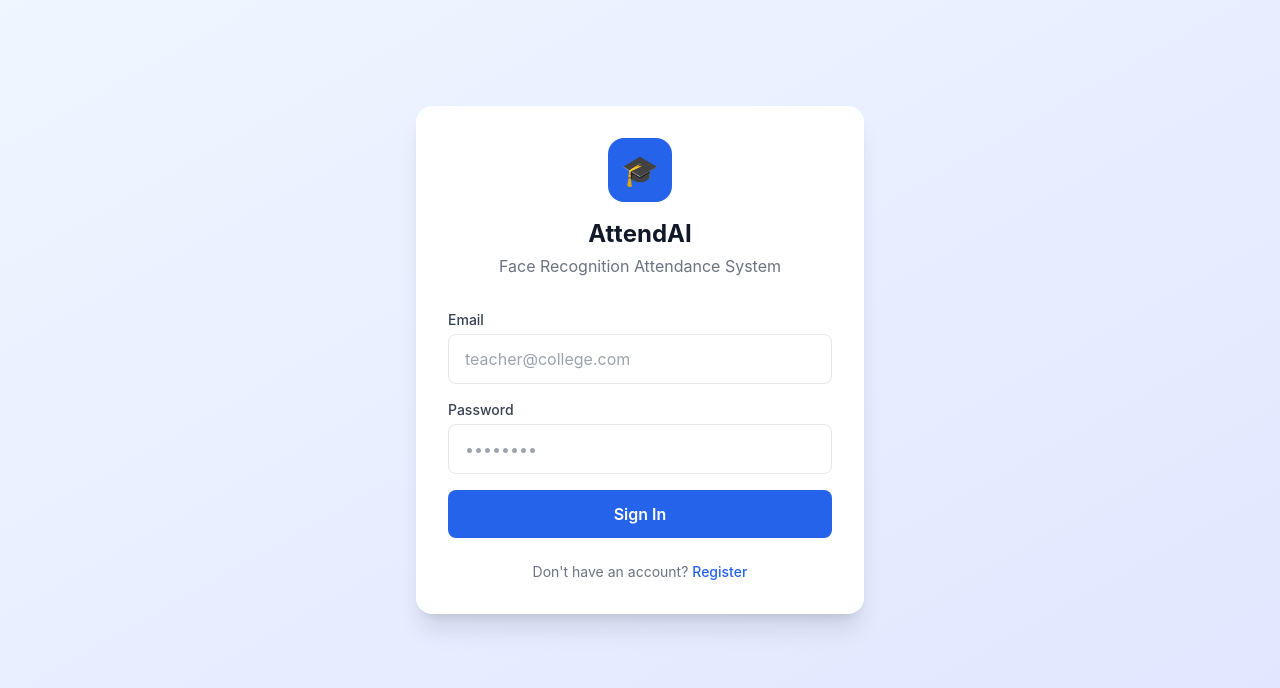
Repository: shraddha-dasgude-611/face-attendance-system
Page: /login (app in frontend/)
The author's editor kept a copy of each file at every save. The page is drawn from the files as they stood at one save, then again after a run of saves.
The browser window is 1280 px wide. The pictures show the whole page.
The project was rebuilt for these pictures with package versions that can differ from the ones it lists, and the page was loaded fresh each time. Also part of the build but not shown: frontend/vite.config.js, frontend/src/components/Navbar.jsx, frontend/src/pages/TeacherDashboard.jsx. Imported but missing from the stored project, and not drawn on this page: frontend/src/pages/StudentRegister, frontend/src/pages/TakeAttendance.

Above is the page before, as saved 2026-05-26 19:17:11.

After the next 2 saves:
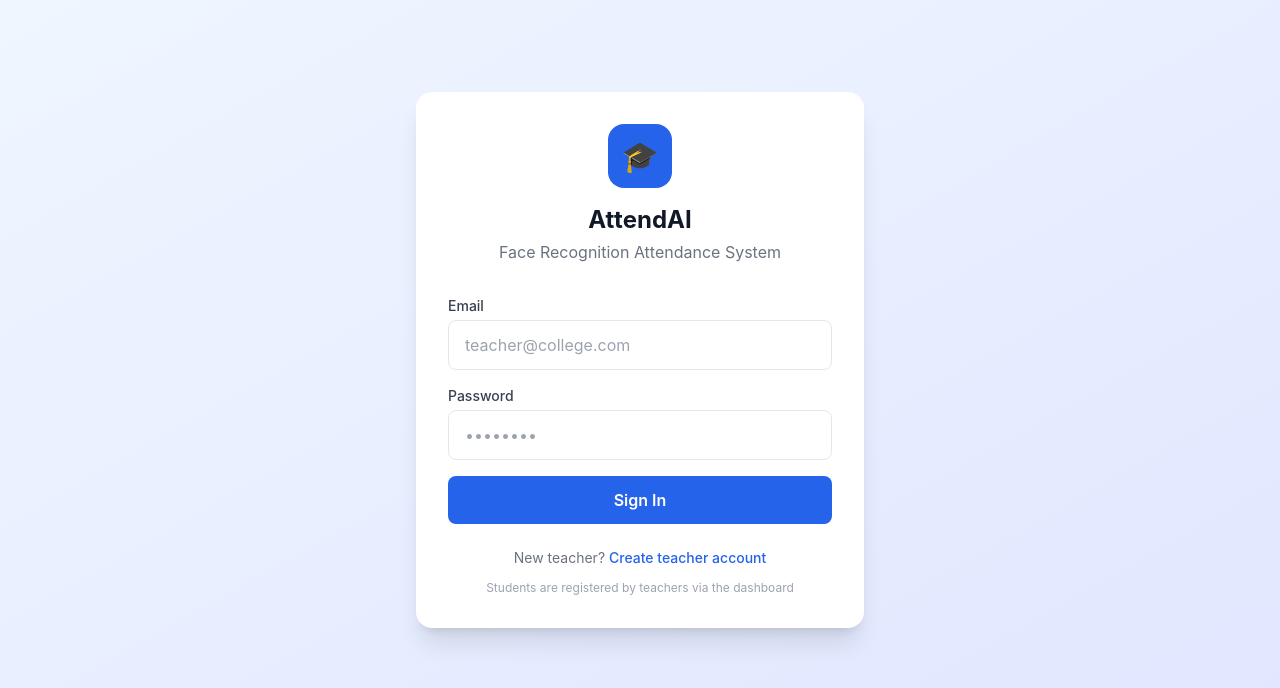
The 2 saves are shown as one change because they came seconds apart.
The last was saved 16 h 21 min later.
--- a/frontend/src/pages/Login.jsx
+++ b/frontend/src/pages/Login.jsx
@@ -67,12 +67,17 @@ export default function Login() {
           </button>
         </form>
 
-        <p className="text-center mt-6 text-gray-500 text-sm">
-          Don't have an account?{' '}
-          <Link to="/register" className="text-blue-600 hover:underline font-medium">
-            Register
-          </Link>
-        </p>
+        <div className="mt-6 space-y-3 text-center text-sm">
+  <p className="text-gray-500">
+    New teacher?{' '}
+    <Link to="/teacher-register" className="text-blue-600 hover:underline font-medium">
+      Create teacher account
+    </Link>
+  </p>
+  <p className="text-gray-400 text-xs">
+    Students are registered by teachers via the dashboard
+  </p>
+</div>
       </div>
     </div>
   );
